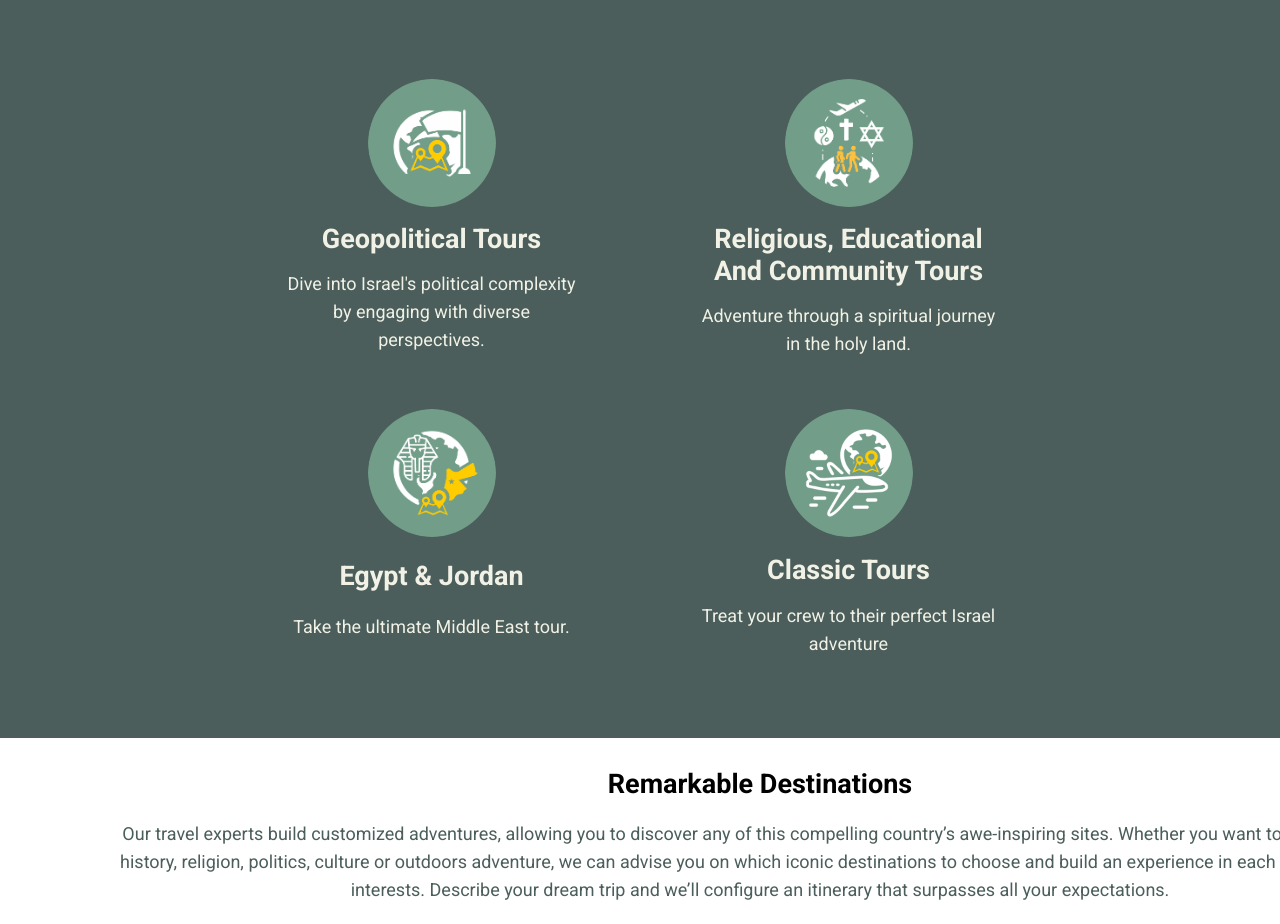
Repository: Pafestivo/realIsraelTours
Page: / (app in frontend/)
The author's editor kept a copy of each file at every save. The page is drawn from the files as they stood at one save, then again after the next save.
The browser window is 1280 px wide. The pictures show the part of the page from y = 1156 to 2108 px (the page is 2080 px tall before and 2108 px after).
The project was rebuilt for these pictures with package versions that can differ from the ones it lists, and the page was loaded fresh each time. The framework's server and built-in components were replaced by stand-ins that run in the browser. Also part of the build but not shown: frontend/next.config.js. Imported but missing from the stored project, and not drawn on this page: frontend/src/assets/videoBG.mp4.

Above is the page before, as saved 2023-09-20 16:06:53.

### frontend/src/app/layout.tsx
import type { Metadata } from "next";
import "@/styles/globals.css";
import { roboto } from "@/app/fonts";
import { config } from "@fortawesome/fontawesome-svg-core";
import "@fortawesome/fontawesome-svg-core/styles.css";
config.autoAddCss = false; // Tell Font Awesome to skip adding the CSS automatically since it's being imported above

export const metadata: Metadata = {
  title: "Real Israel Tours",
  description: "Plan your next tour",
};

export default function RootLayout({
  children,
}: {
  children: React.ReactNode;
}) {
  return (
    <html lang="en">
      <body className={roboto.className}>
        <div style={{ overflowX: "hidden" }}>{children}</div>
      </body>
    </html>
  );
}

### frontend/src/app/page.tsx
import Header from "@/components/Header";
import "@/styles/homePage.css";
import BackgroundVideo from "@/components/BackgroundVideo";
import ScrollArrow from "@/components/ScrollArrow";
import TripCard from "@/components/TripCard";
import geoPoliticalIcon from "@/assets/Geopolitical-icon.png";
import religious from "@/assets/Religious-and-educational.png";
import egpyt from "@/assets/Egypt-and-Jordan.png";
import classicTours from "@/assets/classic-tours.png";
import Destinations from "@/components/Destinations";

export default function Home() {
  return (
    <div>
      <Header />
      <div className="cta-div">
        <div className="content">
          <h1>Custom made Israeli adventures</h1>
          <button>Start Your Journey</button>
          <ScrollArrow />
        </div>
        <BackgroundVideo />
      </div>
      <div className="pageContainer">
        <section className="whyTravelWithUs">
          <h1>Why Travel With Real Israel Tours?</h1>
          <p className="info-block">
            We craft experiences that speak to our participants. We are
            long-time hands-on professionals who thoroughly get to know our
            clients and dedicate ourselves optimizing each moment to
            specifically match its participants.
          </p>
          <p className="info-block">
            After 8 years, we have a vast and high-quality network of trusted
            connections with every type of activity, site, and speaker the
            country can offer, waiting to be meticulously chosen and built into
            another cohesive journey.
          </p>
          <p className="info-block">
            Our staff is also passionate about the inspirational potential of
            Israel experiences and prides themselves on their ability to create
            profound impact, every time. They are invested, from each logistical
            detail running smoothly to fostering your group’s overall sense of
            community.
          </p>
          <p className="info-block">
            Whatever your precise interests, we guarantee trips that explore
            Israel deep beneath the surface, to the Real Israel, the one that
            empowers us to think, feel, enjoy, and connect.
          </p>
        </section>

        <section className="tripTypes">
          <TripCard
            image={geoPoliticalIcon}
            tripName="Geopolitical Tours"
            tripDescription="Dive into Israel's political complexity by engaging with diverse perspectives."
          />

          <TripCard
            image={religious}
            tripName="Religious, Educational And Community Tours"
            tripDescription="Adventure through a spiritual journey in the holy land."
          />

          <TripCard
            image={egpyt}
            tripName="Egypt & Jordan"
            tripDescription="Take the ultimate Middle East tour."
          />

          <TripCard
            image={classicTours}
            tripName="Classic Tours"
            tripDescription="Treat your crew to their perfect Israel adventure"
          />
        </section>

        <section className="destinations">
          <Destinations />
        </section>
      </div>
    </div>
  );
}

### frontend/src/styles/globals.css
:root {
  --main-bg-color: #4b5e5b;
  --main-title-color: #F1F1E6;
  --main-text-color: #F1F1E6;
  --accent-orange: #ffc03f;
}

* {
  padding: 0;
  margin: 0;
  box-sizing: border-box;
}

body {
  font-size: 18px;
  background-color: var(--main-bg-color);
  overflow-x: hidden;
}

p {
  line-height: 28px;
}

a {
  color: inherit;
  text-decoration: none;
}

section {
  margin: 30px 0;
  padding: 20px 120px;
  border: none;
}

.mobile-only {
  display: none;
}

.desktop-only {
  display: block;
}

@media screen and (max-width: 768px) {
  section {
    padding: 20px 10px;
  }

  .mobile-only {
    display: block;
  }

  .desktop-only {
    display: none;
  }
}

### frontend/src/app/fonts.tsx
import { Inter, Merriweather, Roboto } from "next/font/google";

export const inter = Inter({ subsets: ["latin"] });

export const merriweather = Merriweather({
  weight: ["400", "700"],
  style: ["normal", "italic"],
  subsets: ["latin"],
  display: "swap",
});

export const roboto = Roboto({
  weight: ["400", "700"],
  style: ["normal", "italic"],
  subsets: ["latin"],
  display: "swap",
});

// export const Mooli = Mooli({
//   weight: ["400", "700"],
//   style: ["normal", "italic"],
//   subsets: ["latin"],
//   display: "swap",
// });

### frontend/src/components/Header.tsx
"use client";
import React, { useEffect, useState } from "react";
import Image from "next/image";
import logo from "@/assets/logo.png";
import "@/styles/header.css";
import Link from "next/link";

const Header = () => {
  const [isMenuOpen, setMenuOpen] = useState(false);
  const [isScrolled, setIsScrolled] = useState(false);

  const toggleMenu = () => {
    setMenuOpen(!isMenuOpen);
  };

  useEffect(() => {
    const handleScroll = () => {
      setIsScrolled(window.scrollY > 100);
    };

    window.addEventListener("scroll", handleScroll);

    return () => {
      window.removeEventListener("scroll", handleScroll);
    };
  }, []);

  return (
    <div className={`header ${isScrolled ? "" : "transparent"}`}>
      <Link href="/">
        <Image className="headerLogo" src={logo} alt="logo" />
      </Link>
      <div className={`navbar ${isMenuOpen ? "open" : ""}`}>
        <button onClick={toggleMenu} className="close-button">
          ✕
        </button>{" "}
        <Link href="/">Home</Link>
        <Link href="/">Tours</Link>
        <Link href="/">Gallery</Link>
        <Link href="/">About Us</Link>
        <Link href="/">Contact Us</Link>
        <hr className="mobile-only" />
        <p className="mobile-only">+972 52 335 5687</p>
        <p className="mobile-only">Elad@realisraeltours.com</p>
        <button className="inquire mobile-only">Inquire Now</button>
      </div>
      <button onClick={toggleMenu} className="hamburger">
        ☰
      </button>
      <button className="inquire desktop-only">Inquire Now</button>
    </div>
  );
};

export default Header;

### frontend/src/styles/homePage.css
.pageContainer {
  display: flex;
  flex-direction: column;
  justify-content: center;
  margin: 0 auto;
  padding: 0;
  max-width: 1450px;
  text-align: center;
  color: var(--main-text-color);
}

.cta-div {
  height: 100vh;
  width: 100vw;
  display: flex;
  background-size: cover;
  background-position: center;
  background-repeat: no-repeat;
  justify-content: center;
  align-items: center;
}

.content {
  position: absolute;
  display: flex;
  flex-direction: column;
  justify-content: center;
  align-items: center;
  padding: 40px 0;
  width: 100vw;
  height: 100vh;
  background-color: rgba(0, 0, 0, 0.3);
  row-gap: 40px;
  overflow-x: hidden;
  text-align: center;
}
.content h1 {
  font-size: 5em;
}

.content button {
  font-size: 1.4em;
  padding: 14px 40px;
  border-radius: 5px;
}

.content .arrow-down {
  position: absolute;
  color: var(--accent-orange);
  font-size: 3em;
  bottom: 20px;
}

h1 {
  color: var(--main-title-color);
}

.whyTravelWithUs {
  display: flex;
  flex-direction: column;
  row-gap: 20px;
}

.tripTypes {
  display: grid;
  grid-template-columns: 1fr 1fr;
  width: 80%;
  align-self: center;
  row-gap: 80px;
  column-gap: 50px;
  justify-content: center;
  align-items: center;
  place-items: center;
}

.destinations {
  background-color: white;
  width: 100vw;
  display: flex;
  flex-direction: column;
  row-gap: 20px;
  justify-self: center;
  margin-bottom: 0;
  padding-top: 30px;
  color: #4b5e5b;
}

@media screen and (max-width: 768px) {
  .content h1 {
    font-size: 3em;
  }

  .content .arrow-down {
    font-size: 1.3em;
  }

  .tripTypes {
    grid-template-columns: 1fr;
  }

  .destinations {
    padding: 50px 20px;
  }
}

@media screen and (min-width: 1440px) {
  .tripTypes {
    width: 130%;
    grid-template-columns: 1fr 1fr 1fr 1fr;
    overflow-x: visible;
  }
}

### frontend/src/components/BackgroundVideo.tsx
import videoBG from "@/assets/videoBG.mp4";
import "@/styles/backgroundVideo.css";

export default function BackgroundVideo() {
  return (
    <video autoPlay muted loop>
      <source className="background-video" src={videoBG} type="video/mp4" />
    </video>
  );
}

### frontend/src/components/ScrollArrow.tsx
"use client";
import React, { useState, useEffect } from "react";
import { FontAwesomeIcon } from "@fortawesome/react-fontawesome";
import { faArrowDown } from "@fortawesome/free-solid-svg-icons";

const ScrollArrow = () => {
  const [showArrow, setShowArrow] = useState(true); // State to control arrow visibility

  useEffect(() => {
    // Function to handle scroll event
    const handleScroll = () => {
      if (window.scrollY > 0 && showArrow) {
        setShowArrow(false); // Hide the arrow if the user starts scrolling
      }
    };

    // Attach the scroll event listener
    window.addEventListener("scroll", handleScroll);

    // Cleanup: remove the event listener when the component unmounts
    return () => {
      window.removeEventListener("scroll", handleScroll);
    };
  }, [showArrow]); // Re-run the effect if showArrow changes

  return showArrow ? (
    <FontAwesomeIcon className="arrow-down" icon={faArrowDown} bounce />
  ) : null;
};

export default ScrollArrow;

### frontend/src/components/TripCard.tsx
import Image, { StaticImageData } from "next/image";
import React from "react";
import "@/styles/tripCard.css";

interface tripCardProps {
  image: StaticImageData;
  tripName: string;
  tripDescription: string;
}

const TripCard = ({ image, tripName, tripDescription }: tripCardProps) => {
  return (
    <div className="tripCard">
      <Image className="tripIcon" src={image} alt="tripIcon" />
      <h2>{tripName}</h2>
      <p>{tripDescription}</p>
    </div>
  );
};

export default TripCard;

### frontend/src/components/Destinations.tsx
import React from "react";
import "@/styles/destinations.css";

const Destinations = () => {
  return (
    <div className="destinations-div">
      <h1>Remarkable Destinations</h1>
      <p>
        Our travel experts build customized adventures, allowing you to discover
        any of this compelling country’s awe-inspiring sites. Whether you want
        to dive deep into history, religion, politics, culture or outdoors
        adventure, we can advise you on which iconic destinations to choose and
        build an experience in each tailored to your interests. Describe your
        dream trip and we’ll configure an itinerary that surpasses all your
        expectations.
      </p>
    </div>
  );
};

export default Destinations;

### frontend/src/styles/header.css
.header {
  position: absolute;
  width: 100vw;
  display: flex;
  justify-content: space-between;
  align-items: center;
  background-color: rgba(0, 0, 0, 0.3);
  transition: background-color 0.3s ease;
  padding: 20px 40px;
  z-index: 1000;
}

.header.transparent {
  background-color: rgba(0, 0, 0, 0.3);
}

.headerLogo {
  width: 200px;
  height: auto;
}

.navbar {
  display: flex;
  font-size: 1.1em;
  justify-content: space-around;
  align-items: center;
  column-gap: 20px;
  color: white;
}

button {
  background-color: var(--accent-orange);
  border: none;
  font-size: 1.15em;
  padding: 10px 20px;
  cursor: pointer;
  border-radius: 5px;
}

.hamburger {
  display: none;
}

.close-button {
  font-size: 1.5em;  /* Increase size for tap-ability */
  background: none;
  border: none;
  color: white;  /* Make it the same color as the text for harmony */
  cursor: pointer;
  position: absolute;  /* Absolute position within the navbar */
  top: 15px;  /* Position from the top */
  right: 15px;  /* Position from the right */
  padding: 5px;  /* A little padding to make it more tap-able */
  z-index: 10;  /* Just in case, to make it appear above all other items */
}

@media screen and (min-width: 769px) {
  .close-button {
    display: none;
  }
}

@media screen and (max-width: 768px) {
  .navbar {
    position: fixed;
    right: -120%;
    top: 0;
    bottom: 0;
    width: 100vw;
    font-size: 1.3em;
    flex-direction: column;
    background-color: rgba(255, 192, 63, 0.9);
    color: black;
    transition: right 0.3s ease-in-out;
    justify-content: flex-start;
    align-items: center;
    row-gap: 20px;
    padding: 110px 0; /* Reduced right/left padding */
    font-size: 1.4em; /* Increased font size for better readability */
    background-color: #333;  /* Darker background */
    color: white; /* Keep text color white for contrast */
    row-gap: 30px; /* Increased gap between rows for breathing space */
  }

  /* Adding a hover effect to indicate interactivity */
  .navbar a:hover,
  .navbar button:hover {
    color: var(--accent-orange); /* Add your own accent color */
  }

  .navbar.open {
    right: 0;
  }

  .hamburger {
    display: block;
  }
}

/* Media query for very large screens */
@media screen and (min-width: 1440px) {
  .navbar {
    font-size: 1.5em;
  }

  button {
    font-size: 1.5em;
  }
}

### frontend/src/styles/backgroundVideo.css
video {
  width: 100%;
  height: 100%;
  object-fit: cover;
}

### frontend/src/styles/tripCard.css
.tripCard {
  display: grid;
  grid-template-rows: 2fr 1fr 1fr;
  flex-direction: column;
  justify-content: center;
  align-items: center;
  place-items: center;
  row-gap: 15px;
  max-width: 300px;
  height: 250px;
  cursor: pointer;
  transition: all 0.2s ease-in-out;
}

.tripIcon {
  width: 130px;
  height: 130px;
  border-radius: 50%;
  border: 1px solid transparent;
}

.tripCard:hover {
  transform: scale(1.1)
}

.tripCard p {
  align-self: flex-start;
}

.tripCard:hover h2,
.tripCard:hover p {
  text-shadow: 2px 2px 4px #000000;
}

.tripCard:hover .tripIcon {
  border: 1px solid black;
}

### frontend/src/styles/destinations.css
.destinations-div {
  background-color: white;
  width: 100vw;
  display: flex;
  flex-direction: column;
  row-gap: 20px;
  justify-self: center;
  color: #4b5e5b;
}

.destinations-div h1 {
  color: black;
}

After the next save:
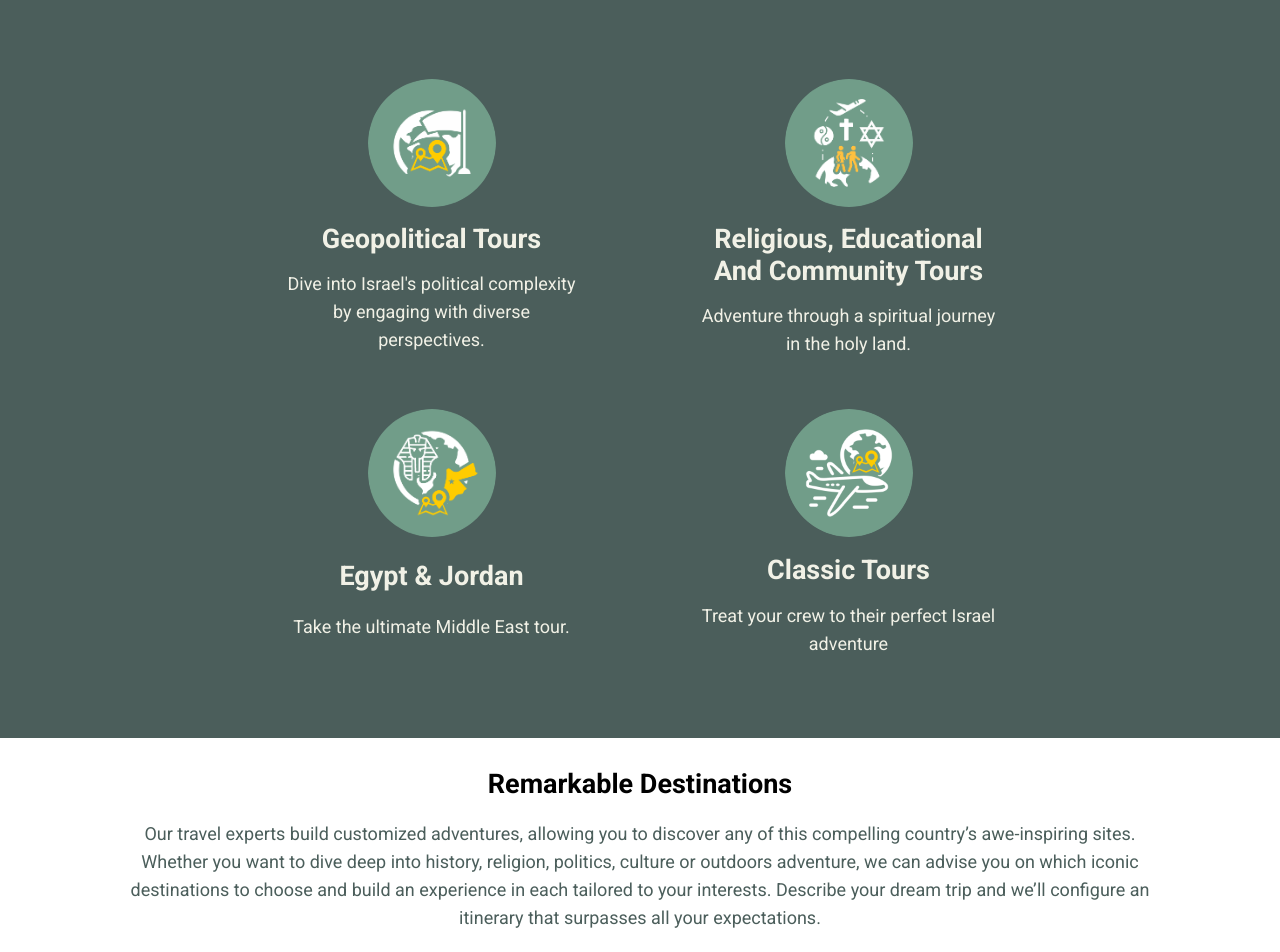
Saved 13 s later.
--- a/frontend/src/styles/destinations.css
+++ b/frontend/src/styles/destinations.css
@@ -1,6 +1,5 @@
 .destinations-div {
   background-color: white;
-  width: 100vw;
   display: flex;
   flex-direction: column;
   row-gap: 20px;
